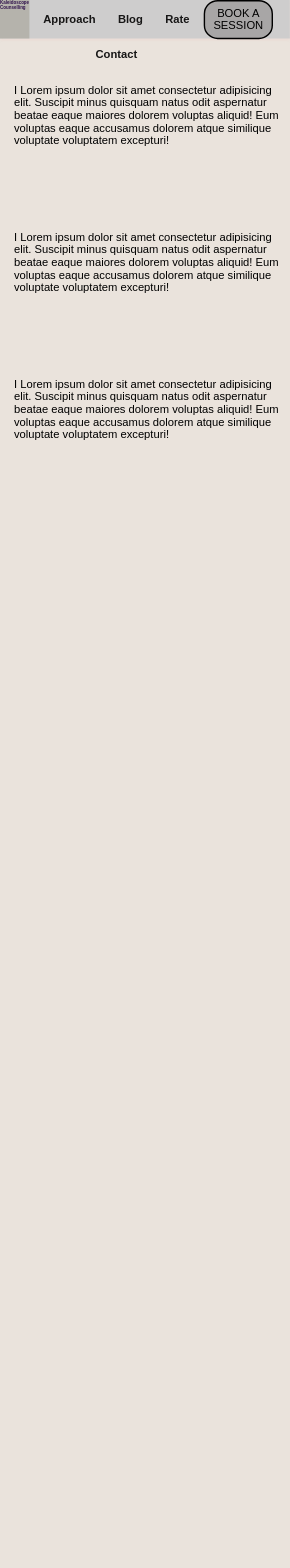
Repository: voutadi/ava-website
Page: index.html
These files come from the project's save history. The page is drawn as it stood at one moment and after the next save; the edit follows.
The browser window is 414 px wide. The pictures show the part of the page from y = 0 to 2240 px (the page is 3120 px tall), at 70% of full size.

Above is the page before, as saved 2024-07-03 13:33:31.

After the next save:
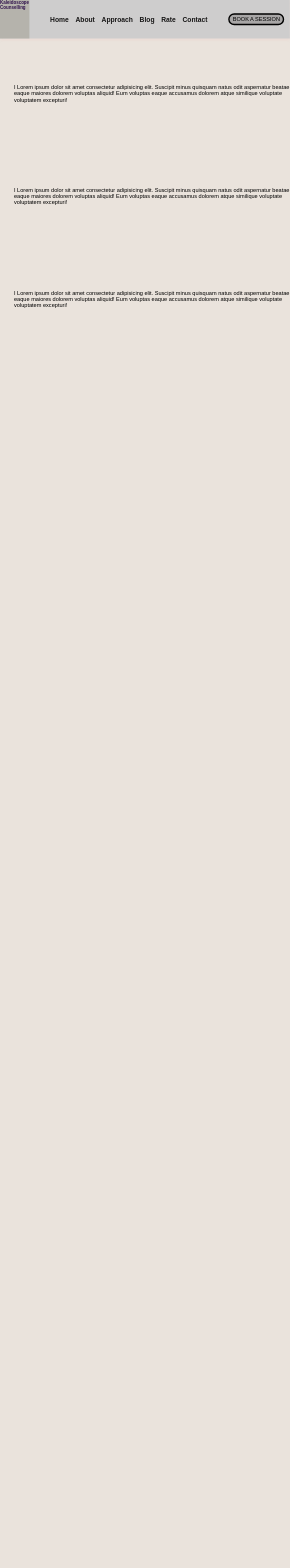
Saved 15 s later.
--- a/styles/style.css
+++ b/styles/style.css
@@ -114,7 +114,7 @@
   }
 }
 
-@media (min-width:) and (max-width: 600px) {
+@media (min-width:381px) and (max-width: 600px) {
   body {
     font-size: 0.5rem;
   } /* Smaller font size */
